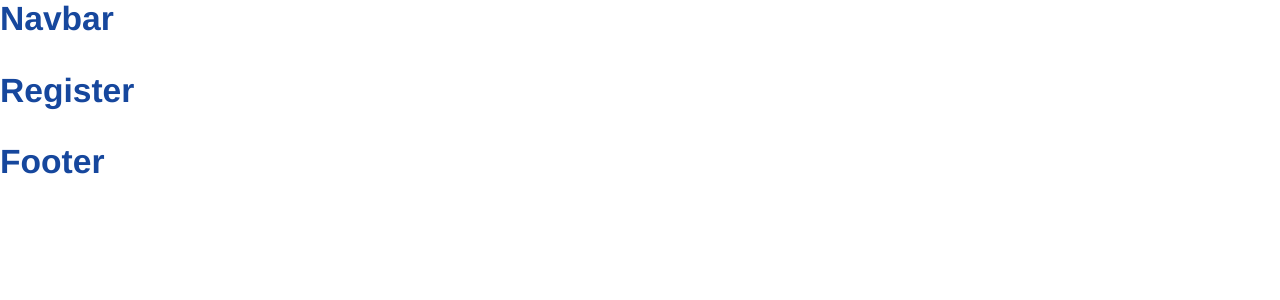
Repository: LeandroMoniz/Projetos_Pets
Page: /register (app in adocao_pet/frontend/)
These files come from the project's save history. The page is drawn as it stood at one moment and after the next save; the edit follows.
The browser window is 1280 px wide. The pictures show the whole page.
The project was rebuilt for these pictures with package versions that can differ from the ones it lists, and the page was loaded fresh each time. Also part of the build but not shown: adocao_pet/frontend/src/components/pages/Auth/Login.js, adocao_pet/frontend/src/components/pages/Home.js.

Above is the page before, as saved 2022-02-15 10:58:08.

After the next save:
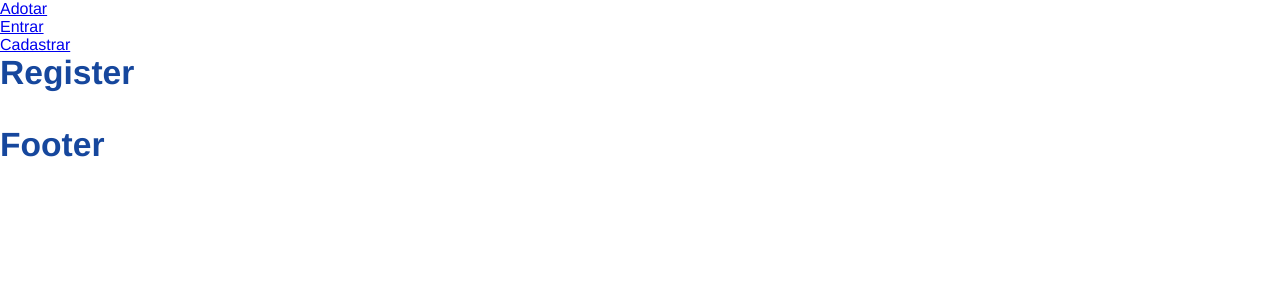
Saved 5 min 5 s later.
--- a/adocao_pet/frontend/src/components/layout/Navbar.js
+++ b/adocao_pet/frontend/src/components/layout/Navbar.js
@@ -1,8 +1,20 @@
+import { Link } from 'react-router-dom'
+
 function Navbar() {
     return(
-        <section>
-            <h1>Navbar</h1>
-        </section>
+        <nav>
+            <ul>
+                <li>
+                    <Link to="/">Adotar</Link>
+                </li>
+                <li>
+                    <Link to="/login">Entrar</Link>
+                </li>
+                <li>
+                    <Link to="/register">Cadastrar</Link>
+                </li>
+            </ul>
+        </nav>
     )
 }
 
